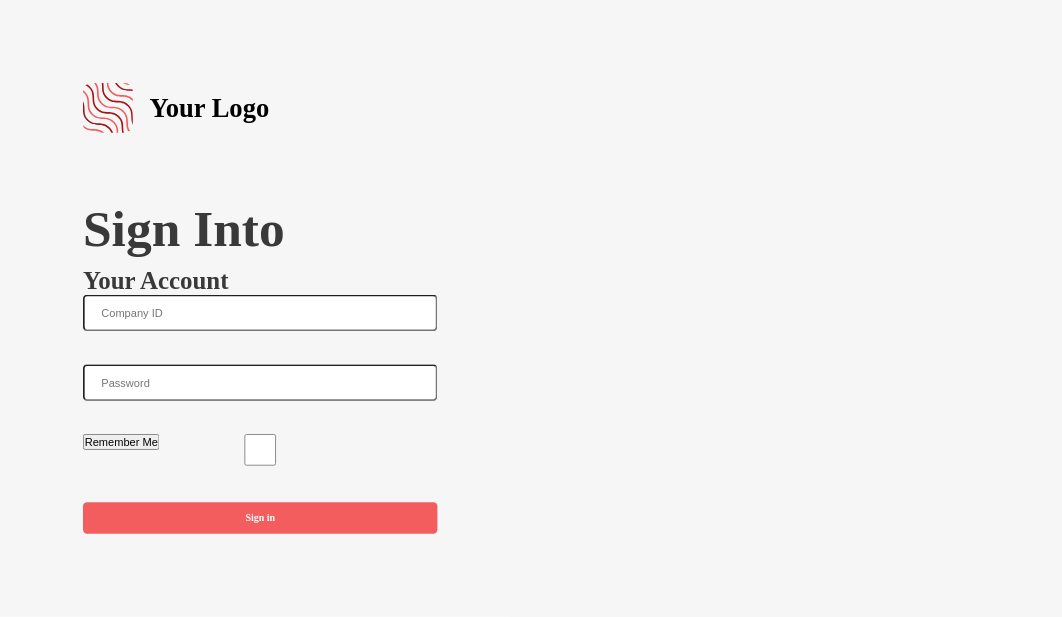
Repository: kubrazamanova/Form-lesson2
Page: index.html
These files come from the project's save history. The page is drawn as it stood at one moment and after the next save; the edit follows.
The browser window is 1280 px wide. The pictures show the whole page, at 83% of full size.

Above is the page before, as saved 2023-10-28 10:16:57.

After the next save:
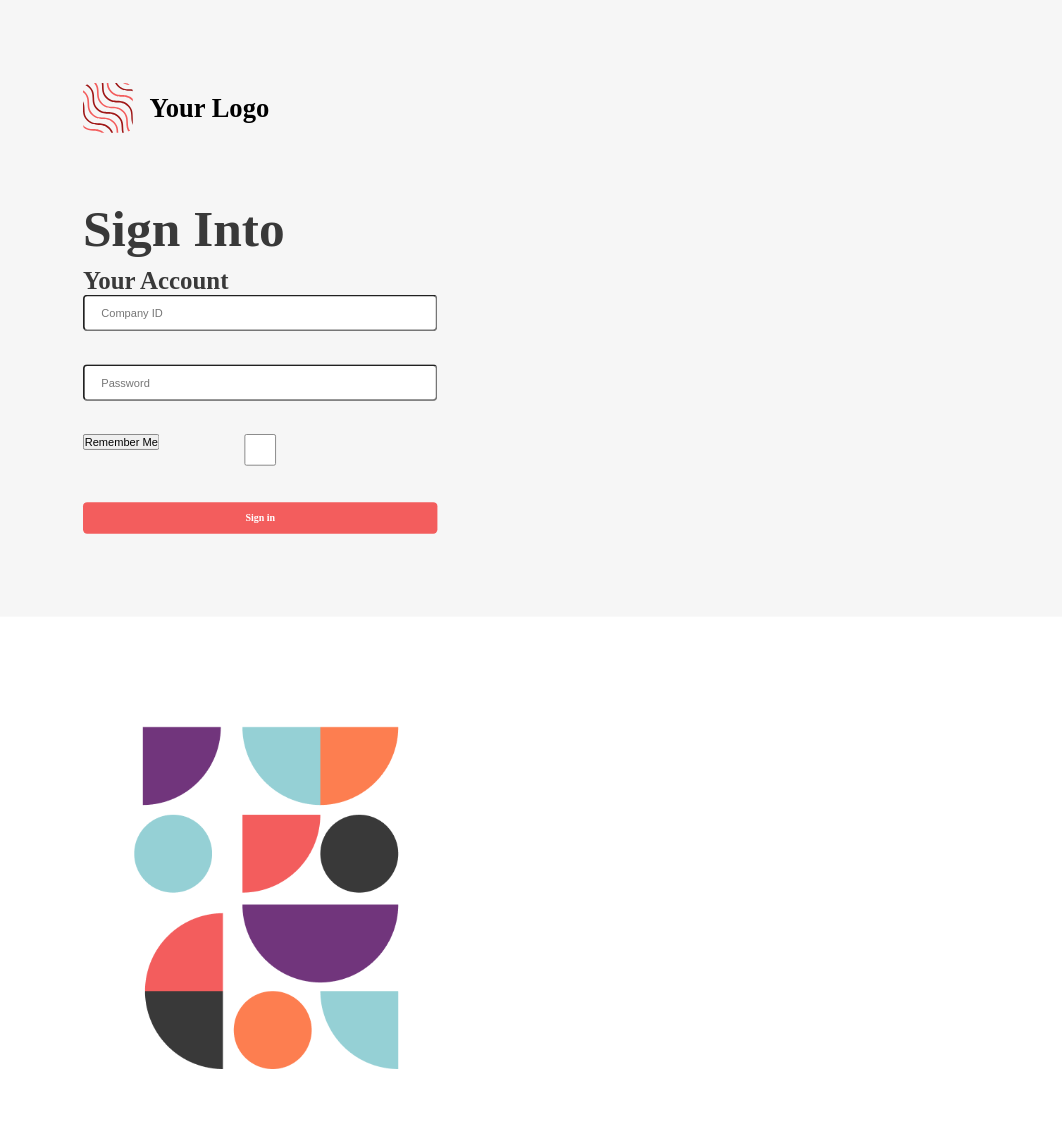
Saved 14 s later.
--- a/index.html
+++ b/index.html
@@ -85,6 +85,9 @@
       </form>
     </div>
 
+    <div class="right-side">
+      <img src="/Component 1.png" alt="" />
 
+  </div>
   </body>
 </html>
